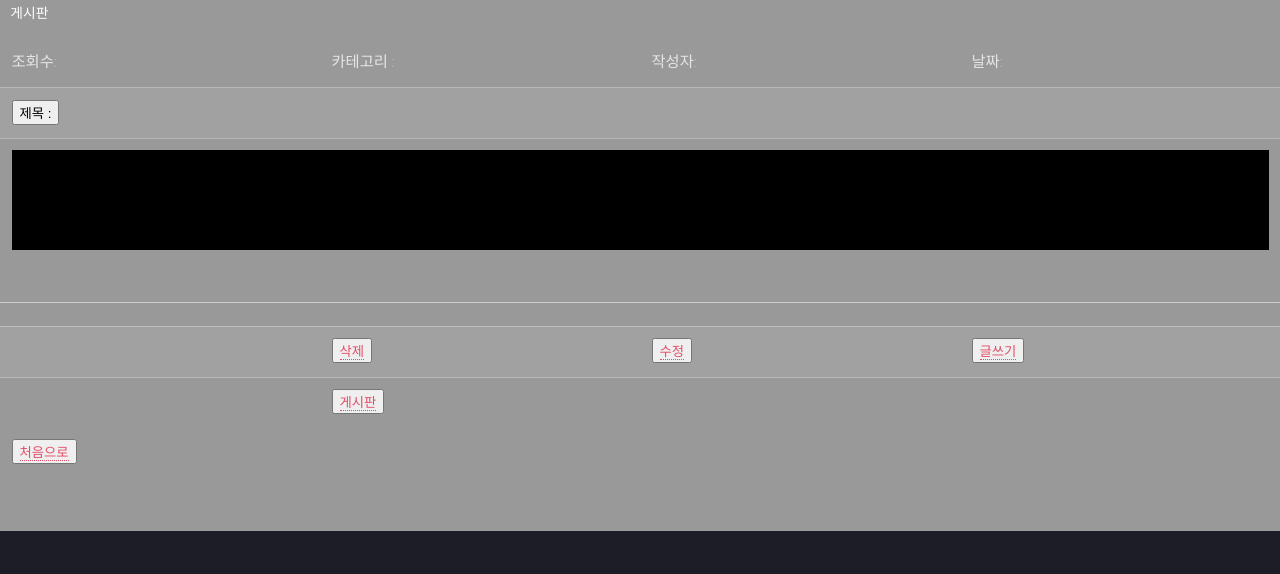
Repository: worMholEamkim/SpringEX
Page: http://localhost/bbs/bbsview.do
An editor plug-in stored every save of this project. The page is shown before and after the next save, followed by the edit.
The browser window is 1280 px wide. The pictures show the whole page.
The page is served by Tomcat 9. Queries for data that is not in the repository find no rows.

Above is the page before, as saved 2019-03-15 07:03:22.

After the next save:
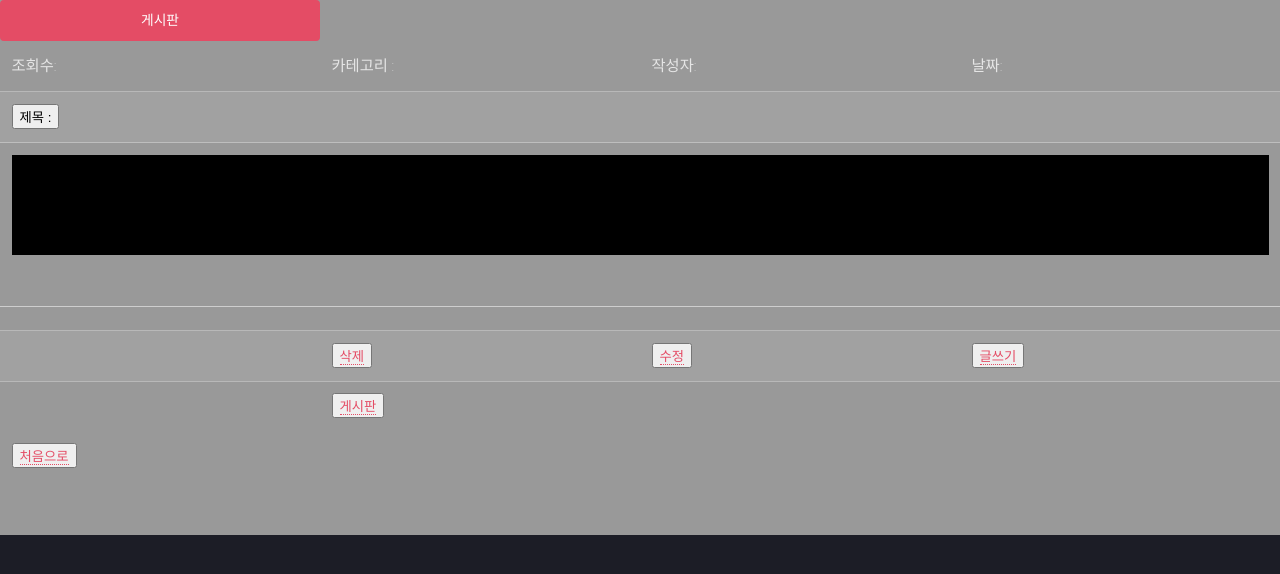
Saved 28 s later.
--- a/JSP_WepPage_Server-master.zip_expanded/JSP_WepPage_Server-master/bbs/WebContent/WEB-INF/bbsview.jsp
+++ b/JSP_WepPage_Server-master.zip_expanded/JSP_WepPage_Server-master/bbs/WebContent/WEB-INF/bbsview.jsp
@@ -24,7 +24,7 @@
 			<table class="table table-hover" border=0px>
 				<thead>
 					<tr>
-						<th colspan="4">게시판</th>
+						<th class="button primary fit">게시판</th>
 					</tr>
 					<tr>
 						<td width=25%>조회수: ${bbsview.bbsHit}</td>
